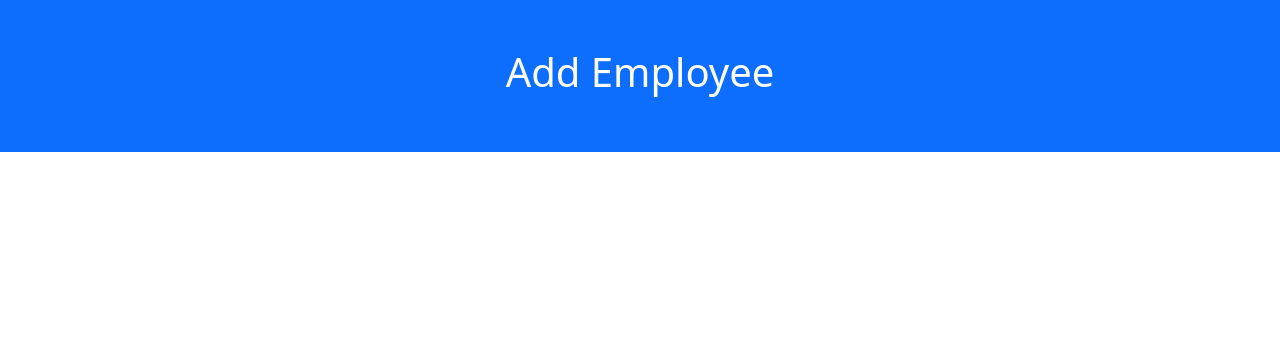
Repository: Rishicollinz/Java_Fullstack
Page: http://localhost/jspproject/add/add.jsp
These files come from the project's save history. The page is drawn as it stood at one moment and after the next save; the edit follows.
The browser window is 1280 px wide. The pictures show the whole page.
The page is served by Tomcat 9.

Above is the page before, as saved 2023-05-18 17:01:56.

### Eclipse 2/jspproject/src/main/webapp/add/add.jsp
<%@ page language="java" contentType="text/html; charset=UTF-8"
    pageEncoding="UTF-8"%>
<!DOCTYPE html>
<html>
<head>
<meta charset="UTF-8">
<title>Add Employee</title>

<link href="https://cdn.jsdelivr.net/npm/bootstrap@5.2.3/dist/css/bootstrap.min.css" rel="stylesheet">
<script src="https://cdn.jsdelivr.net/npm/bootstrap@5.2.3/dist/js/bootstrap.bundle.min.js"></script>

</head>

<body>

<div class="container-fluid p-5 bg-primary text-white text-center">
  <h1>Add Employee</h1>
</div>
<%@ page import="java.sql.*" %>
<%@ page import="javax.sql.*" %>

<%
String empname=request.getParameter("empName");
String dob=request.getParameter("dob");
String bldgrp=request.getParameter("bloodgrp");
String email=request.getParameter("email");
String contact=request.getParameter("contact");
String address=request.getParameter("address");
String dept=request.getParameter("deptName");
String role=request.getParameter("role");
String proj=request.getParameter("proj");
String doj=request.getParameter("doj");
String stat=request.getParameter("status");

Class.forName("com.mysql.cj.jdbc.Driver");
final String db_url="jdbc:mysql://localhost:3306/jspproject";
final String user="root";
Connection con=null;
con=DriverManager.getConnection(db_url, user, "");

String qry="INSERT INTO `employee`(`name`, `dob`, `bloodgroup`, `email`, `contact`, `address`, `department`, `role`, `project`, `doj`, `status`) INSERT INTO `employee`(`empid`, `name`, `dob`, `bloodgroup`, `email`, `contact`, `address`, `department`, `role`, `project`, `doj`, `status`) VALUES (?,?,?,?,?,?,?,?,?,?,?)";
PreparedStatement prt=con.prepareStatement(qry);
prt.setString(1,empname);
prt.setString(2,dob);
prt.setString(3,bldgrp);
prt.setString(4,email);
prt.setString(5,contact);
prt.setString(6,address);
prt.setString(7,dept);
prt.setString(8,role);
prt.setString(9,proj);
prt.setString(10,doj);
prt.setString(11,stat);
int c=prt.executeUpdate();
if(c>0){

}else{

}
%>
</body>
</html>

After the next save:
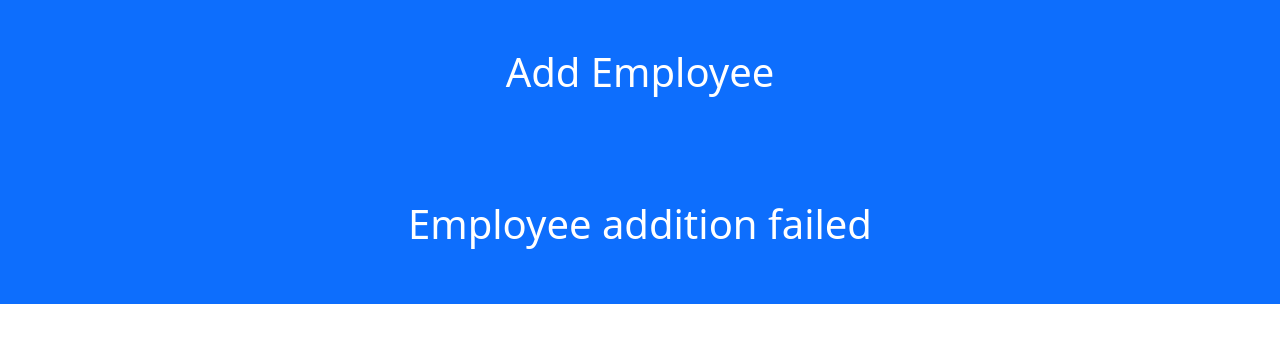
Saved 78 s later.
--- a/Eclipse 2/jspproject/src/main/webapp/add/add.jsp
+++ b/Eclipse 2/jspproject/src/main/webapp/add/add.jsp
@@ -53,9 +53,17 @@
 prt.setString(11,stat);
 int c=prt.executeUpdate();
 if(c>0){
-
+	%>
+	<div class="container-fluid p-5 bg-primary text-white text-center">
+  		<h1>Employee added successfully</h1>
+	</div>
+	<%
 }else{
-
+	%>
+	<div class="container-fluid p-5 bg-primary text-white text-center">
+  		<h1>Employee addition failed</h1>
+	</div>
+	<%
 }
 %>
 </body>
